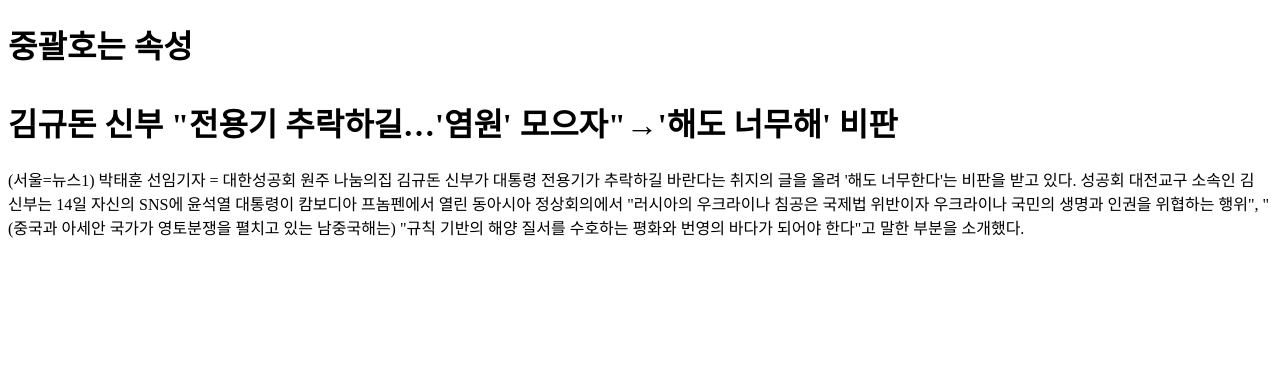
Repository: Junhee1412/front_end_practice
Page: jquery, bootstrap/js01_jquery/public/js02_selector.html
These files come from the project's save history. The page is drawn as it stood at one moment and after the next save; the edit follows.
The browser window is 1280 px wide. The pictures show the whole page.

Above is the page before, as saved 2022-11-14 04:02:34.

After the next save:
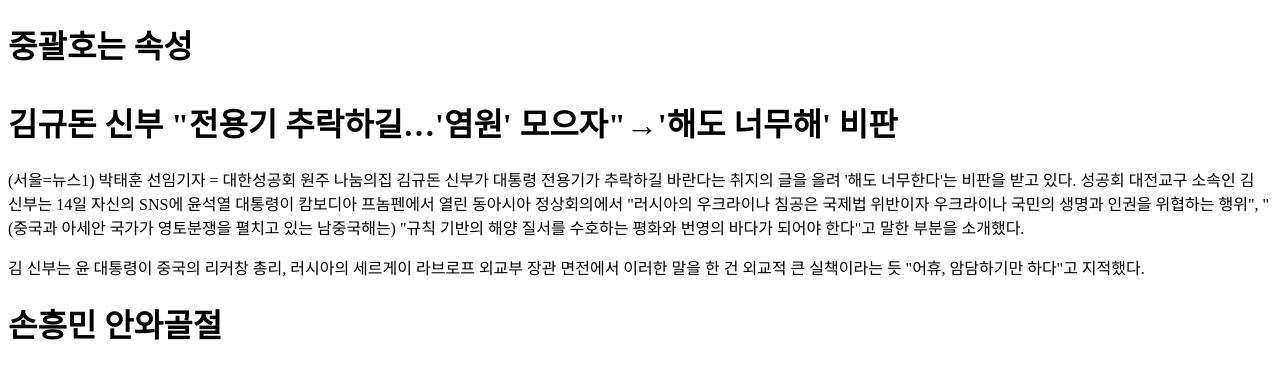
Console error: ReferenceError: h1 is not defined
Saved 3 min 27 s later.
--- a/jquery, bootstrap/js01_jquery/public/js02_selector.html
+++ b/jquery, bootstrap/js01_jquery/public/js02_selector.html
@@ -7,7 +7,10 @@
     	integrity="sha256-/xUj+3OJU5yExlq6GSYGSHk7tPXikynS7ogEvDej/m4="
     	crossorigin="anonymous"></script>
 	<script>
-		$(function(){});
+		$(function(){
+			//$('선택자')
+			$(h1).css('color','red');//getElementsTagName('h1').css();
+		});
 	</script>
 </head>
 <body>
@@ -51,8 +54,9 @@
 	<p>(서울=뉴스1) 박태훈 선임기자 = 대한성공회 원주 나눔의집 김규돈 신부가 대통령 전용기가 추락하길 바란다는 취지의 글을 올려 '해도 너무한다'는 비판을 받고 있다.
 
 성공회 대전교구 소속인 김 신부는 14일 자신의 SNS에 윤석열 대통령이 캄보디아 프놈펜에서 열린 동아시아 정상회의에서 "러시아의 우크라이나 침공은 국제법 위반이자 우크라이나 국민의 생명과 인권을 위협하는 행위", "(중국과 아세안 국가가 영토분쟁을 펼치고 있는 남중국해는) "규칙 기반의 해양 질서를 수호하는 평화와 번영의 바다가 되어야 한다"고 말한 부분을 소개했다.</p>
-	<p></p>
-	<h1></h1>
+	<p>김 신부는 윤 대통령이 중국의 리커창 총리, 러시아의 세르게이 라브로프 외교부 장관 면전에서 이러한 말을 한 건 외교적 큰 실책이라는 듯 "어휴, 암담하기만 하다"고 지적했다.</p>
+<!-- 	h1#target{손흥민 안와골절} -->
+	<h1 id="target">손흥민 안와골절</h1>
 
 </body>
 </html>

After the 2 saves that followed:
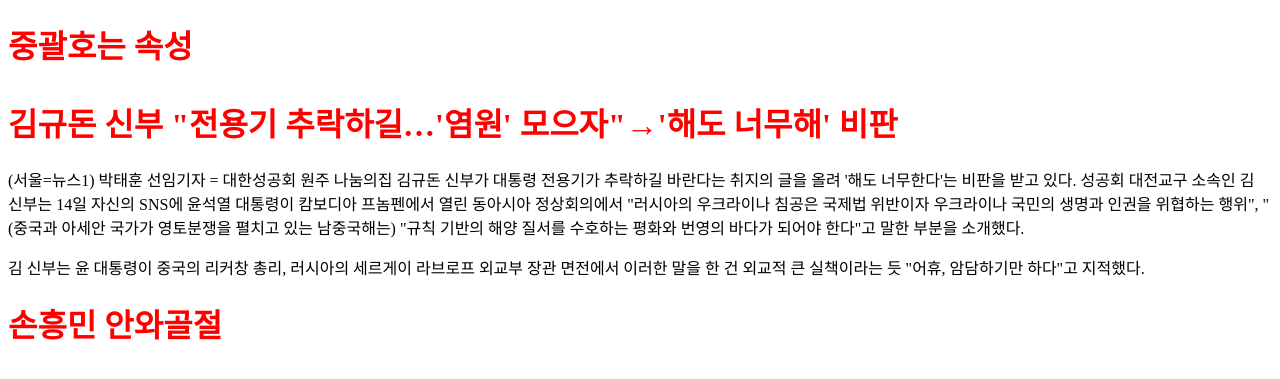
The error is gone.
The 2 saves are shown as one change because 1 left the picture as it was.
The last was saved 29 s later.
--- a/jquery, bootstrap/js01_jquery/public/js02_selector.html
+++ b/jquery, bootstrap/js01_jquery/public/js02_selector.html
@@ -9,7 +9,7 @@
 	<script>
 		$(function(){
 			//$('선택자')
-			$(h1).css('color','red');//getElementsTagName('h1').css();
+			$('h1').css('color', 'red');//getElementsTagName('h1').css();
 		});
 	</script>
 </head>
